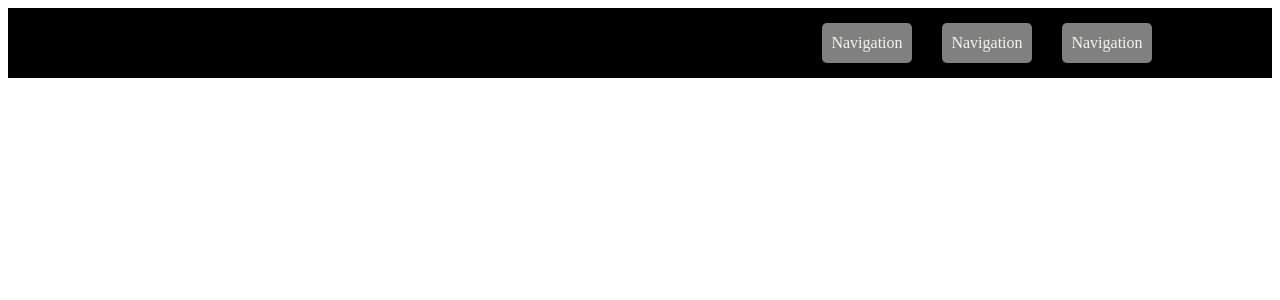
Repository: piotrokrutniak/Projekt-Studia
Page: index.html
These files come from the project's save history. The page is drawn as it stood at one moment and after the next save; the edit follows.
The browser window is 1280 px wide. The pictures show the whole page.

Above is the page before, as saved 2023-03-04 02:57:19.

### index.html
<!DOCTYPE html>
<head>
    <meta charset="UTF-8" />
    <meta http-equiv="X-UA-Compatible" content="IE=edge" />
    <meta name="viewport" content="width=device-width, initial-scale=1.0" />
    <link rel="stylesheet" type="text/css" href="styles.css" />
    <title>Website Title</title>
</head>
<body>
    <div class="navbar-container">
        <div class="navbar">
            <div class="logo">
                <div class="logo-contents">
                    WebsiteLogo
                </div>
            </div>
            <div class="navigation">
                <a href="/index" class="navigation-link">
                    <div class="navigation-button">
                        Navigation
                    </div>
                </a>
                <a href="/index" class="navigation-link">
                    <div class="navigation-button">
                        Navigation
                    </div>
                </a>
                <a href="/index" class="navigation-link">
                    <div class="navigation-button">
                        Navigation
                    </div>
                </a>
            </div>
        </div>
    </div>
</body>

### styles.css
.navbar-container{
    width: 100%;
    height: 70px;
    background: black;
    position: sticky;
    top: 0;
}

.navbar{
    position: relative;
    max-width: 1024px;
    min-width: 328px;
    top: 0px;
    margin: auto;
    display: flex;
    flex-direction:row;
    justify-content: space-between;
    top: 50%;
    -ms-transform: translateY(-50%);
    transform: translateY(-50%);

}

a{
    text-decoration: none;
    color:rgba(245, 242, 238);
}

.navigation{
    display: grid;
    grid-template-columns: 90px 90px 90px;
    grid-gap: 30px;
}

.navigation-link{
    position: relative;
    height: 40px;
    background: gray;
    border-radius: 5px;
}

.navigation-link:hover{
    border-bottom: 2px solid;
    border-color: aqua;

}

.navigation-button{
    text-align: center;
    position: relative;
    top: 50%;
    -ms-transform: translateY(-50%);
    transform: translateY(-50%);
}

.logo{
    position: relative;
    height: 40px;
    padding-left: 20px;
    padding-right: 20px;
}

.logo-contents{
    text-align: center;
    position: relative;
    top: 50%;
    -ms-transform: translateY(-50%);
    transform: translateY(-50%);
}

After the next save:
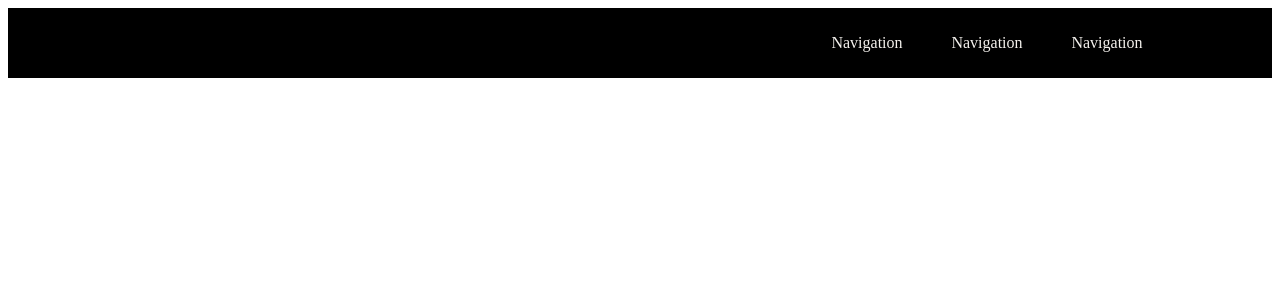
Saved 30 s later.
--- a/styles.css
+++ b/styles.css
@@ -35,7 +35,7 @@ a{
 .navigation-link{
     position: relative;
     height: 40px;
-    background: gray;
+
     border-radius: 5px;
 }
 
